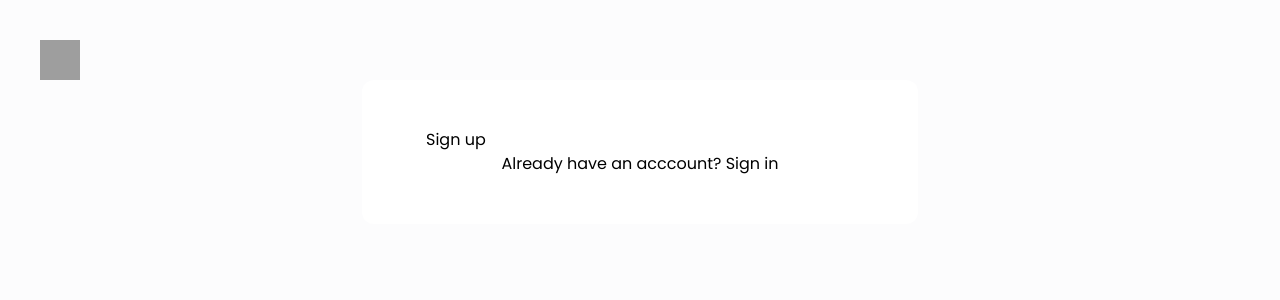
Repository: theweirdboiz/cudotiem-admin
Page: /auth/signup
An editor plug-in stored every save of this project. The page is shown before and after the next save, followed by the edit.
The browser window is 1280 px wide. The pictures show the whole page.
Pictures or frames that could not be fetched are drawn as grey boxes. The project was rebuilt for these pictures with package versions that can differ from the ones it lists, and the page was loaded fresh each time. Some packages were replaced by stand-ins written for this rebuild. Also part of the build but not shown: vite.config.js, src/components/checkbox/Checkbox.jsx, src/components/input/Input.jsx, src/components/common/ErrorComponent.jsx, src/layouts/components/header/Header.jsx, src/layouts/components/sidebar/Sidebar.jsx, src/layouts/components/index.jsx, src/layouts/DefaultLayout.jsx.

Above is the page before, as saved 2023-03-07 09:47:32.

### index.html
<!DOCTYPE html>
<html lang="en">
  <head>
    <meta charset="UTF-8" />
    <link rel="icon" type="image/svg+xml" href="/vite.svg" />
    <meta name="viewport" content="width=device-width, initial-scale=1.0" />
    <link rel="preconnect" href="https://fonts.googleapis.com" />
    <link rel="preconnect" href="https://fonts.gstatic.com" crossorigin />
    <link
      href="https://fonts.googleapis.com/css2?family=Poppins:wght@300;400;500;600;700&display=swap"
      rel="stylesheet"
    />
    <title>Vite + React</title>
  </head>
  <body>
    <div id="root"></div>
    <script type="module" src="/src/main.jsx"></script>
  </body>
</html>

### src/main.jsx
import React from "react";
import ReactDOM from "react-dom/client";
import App from "./App";
import "./index.scss";
import { QueryClient, QueryClientProvider } from "@tanstack/react-query";
import { ReactQueryDevtools } from "@tanstack/react-query-devtools";
import { Provider } from "react-redux";
import { store } from "./store/configStore";

const client = new QueryClient();

ReactDOM.createRoot(document.getElementById("root")).render(
  <React.StrictMode>
    <QueryClientProvider client={client}>
      <Provider store={store}>
        <App />
      </Provider>
      <ReactQueryDevtools initialIsOpen={false} />
    </QueryClientProvider>
  </React.StrictMode>
);

### src/App.jsx
import { Fragment, useState } from "react";
import { BrowserRouter as Router, Routes, Route } from "react-router-dom";
import { publicRoutes, privateRoutes } from "@routes";
import { DefaultLayout } from "@layouts";

function App() {
  return (
    <Router>
      <Routes>
        {/* {publicRoutes.map((route, index) => {
          const Page = route.component;
          const Layout = route.layout === null ? Fragment : DefaultLayout;
          return (
            <Route
              key={index}
              path={route.path}
              element={
                <Layout>
                  <Page />
                </Layout>
              }
            />
          );
        })}*/}
        {privateRoutes.map((route, index) => {
          const Page = route.component;
          let Layout = DefaultLayout;
          if (route.layout === null) {
            Layout = Fragment;
          } else {
            Layout = route.layout;
          }
          return (
            <Route
              key={index}
              path={route.path}
              element={
                <Layout>
                  <Page />
                </Layout>
              }
            />
          );
        })}
      </Routes>
    </Router>
  );
}

export default App;

### src/index.scss
@tailwind base;
@tailwind components;
@tailwind utilities;

@layer base {
  body {
    @apply font-primary  text-base;
  }
}

### src/store/configStore.jsx
import createSagaMiddleware from "@redux-saga/core";
import { configureStore } from "@reduxjs/toolkit";
import logger from "redux-logger";

const sagaMiddleware = createSagaMiddleware();

export const store = configureStore({
  reducer: {},
  middleware: (gDM) => gDM().concat(logger, sagaMiddleware),
});

### src/layouts/index.jsx
export { default as DefaultLayout } from "./DefaultLayout";
export { default as AuthLayout } from "./AuthLayout";

### src/routes/routes.jsx
import { RoutesConfig } from "@config/";

// import { SignUpPage } from "@pages";

import { AuthLayout } from "@layouts";
import { lazy } from "react";

const SignUpPage = lazy(() => import("@pages/auth/SingUpPage"));

const publicRoutes = [
  // {
  //   path: RoutesConfig.dashboard,
  //   component: Dashboard,
  //   text: "dashboard",
  // },
  // {
  //   path: RoutesConfig.order,
  //   component: OrderManagement,
  //   text: "order",
  // },
  // {
  //   path: RoutesConfig.post,
  //   component: PostManagement,
  //   text: "post",
  // },
  // {
  //   path: RoutesConfig.user,
  //   component: UserManagement,
  //   text: "user",
  // },
];
const privateRoutes = [
  // {
  //   path: RoutesConfig.login,
  //   component: Login,
  //   layout: AuthLayout,
  // },
  // {
  //   path: RoutesConfig.register,
  //   component: Register,
  //   layout: AuthLayout,
  // },
  {
    path: RoutesConfig.signup,
    component: SignUpPage,
    layout: AuthLayout,
  },
];

export { publicRoutes, privateRoutes };

### src/layouts/AuthLayout.jsx
import React from "react";
import PropTypes from "prop-types";
import { Link } from "react-router-dom";
import { withErrorBoundary } from "react-error-boundary";
import { ErrorComponent } from "@components";

import brand from "../assets/react.svg";

const AuthLayout = ({ children }) => {
  return (
    <div className="min-h-screen bg-lite p-10">
      <Link to="">
        <img src={brand} alt="" className="w-10 h-10" />
      </Link>
      <div className="w-full bg-white max-w-[556px] rounded-xl px-5 py-8 lg:px-16 lg:py-12 mx-auto">
        {children}
      </div>
    </div>
  );
};

AuthLayout.propTypes = {
  children: PropTypes.node,
};

export default withErrorBoundary(AuthLayout, {
  FallbackComponent: ErrorComponent,
});

### src/config/index.jsx
export { default as RoutesConfig } from "./routes-config/RoutesConfig";

### src/pages/auth/SingUpPage.jsx
import React from "react";
import PropTypes from "prop-types";
import { Link } from "react-router-dom";

const SideUpPage = (props) => {
  return (
    <>
      <h3>Sign up</h3>
      <p className="text-center">
        Already have an acccount? <Link to="/auth/sign-in">Sign in</Link>
      </p>
    </>
  );
};

SideUpPage.propTypes = {};

export default SideUpPage;

### src/components/index.jsx
export { default as Checkbox } from "./checkbox/Checkbox";
export { default as Input } from "./input/Input";
export { default as ErrorComponent } from "./common/ErrorComponent";

### src/config/routes-config/RoutesConfig.jsx
export const routes = {
  dashboard: "/",
  orders: "/order",
  posts: "/post",
  users: "/user",
  signup: "/auth/signup",
  forget: "/forget-password",
};
export default routes;

### tailwind.config.cjs
/** @type {import('tailwindcss').Config} */
module.exports = {
  content: ["./index.html", "./src/**/*.{js,ts,jsx,tsx}"],
  theme: {
    extend: {
      fontFamily: {
        primary: ["Poppins", "sans-serif"],
      },
    },
    colors: {
      primary: "#1DC071",
      secondary: "#6F49FD",
      "text-1": "#171725",
      "text-2": "#4B5264",
      "text-3": "#808191",
      "text-4": "#B2B3BD",
      "icon-color": "#A2A2A8",
      white: "#FFFFFF",
      "white-soft": "#FCFBFF",
      "gray-soft": "#FCFCFC",
      strock: "#F1F1F3",
      lite: "#FCFCFD",
      error: "#EB5757",
      darkbg: "#13131A",
      darkSecondary: "#1C1C24",
      softDark: "#22222C",
      darkStroke: "#3A3443",
      darkRed: "#422C32",
    },
  },
  plugins: [],
};

Loaded but not shown: src/routes/index.jsx (common file)

After the next save:
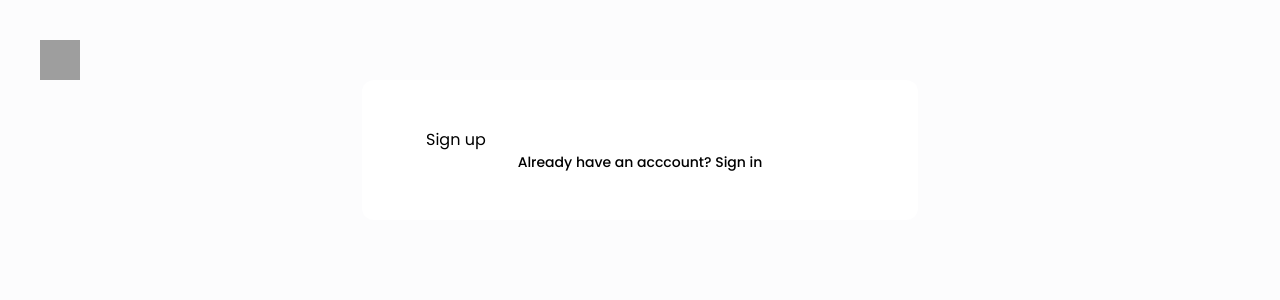
Saved 14 s later.
--- a/src/pages/auth/SingUpPage.jsx
+++ b/src/pages/auth/SingUpPage.jsx
@@ -6,7 +6,7 @@ const SideUpPage = (props) => {
   return (
     <>
       <h3>Sign up</h3>
-      <p className="text-center">
+      <p className="text-center text-sm font-medium">
         Already have an acccount? <Link to="/auth/sign-in">Sign in</Link>
       </p>
     </>
